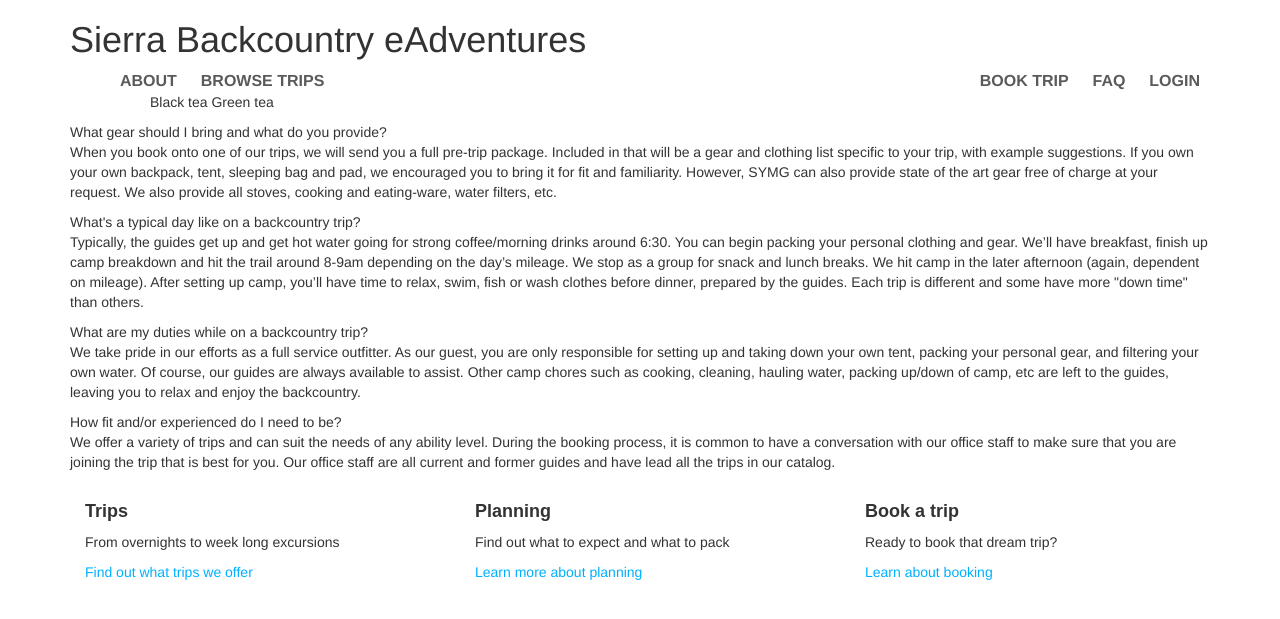
Repository: nageek17/eadventures
Page: http://localhost/support.php
The author's editor kept a record of every edit. The page is drawn from the files as they stood at one moment, then again after the next edit.
The browser window is 1280 px wide. The pictures show the whole page.
Some web libraries are served in a nearby version. The page is run by PHP 8.4 with error messages shown; the project is at /var/www/html/.

Above is the page before.
Console error (its wording comes from the project's code and is left out).

After the next edit:
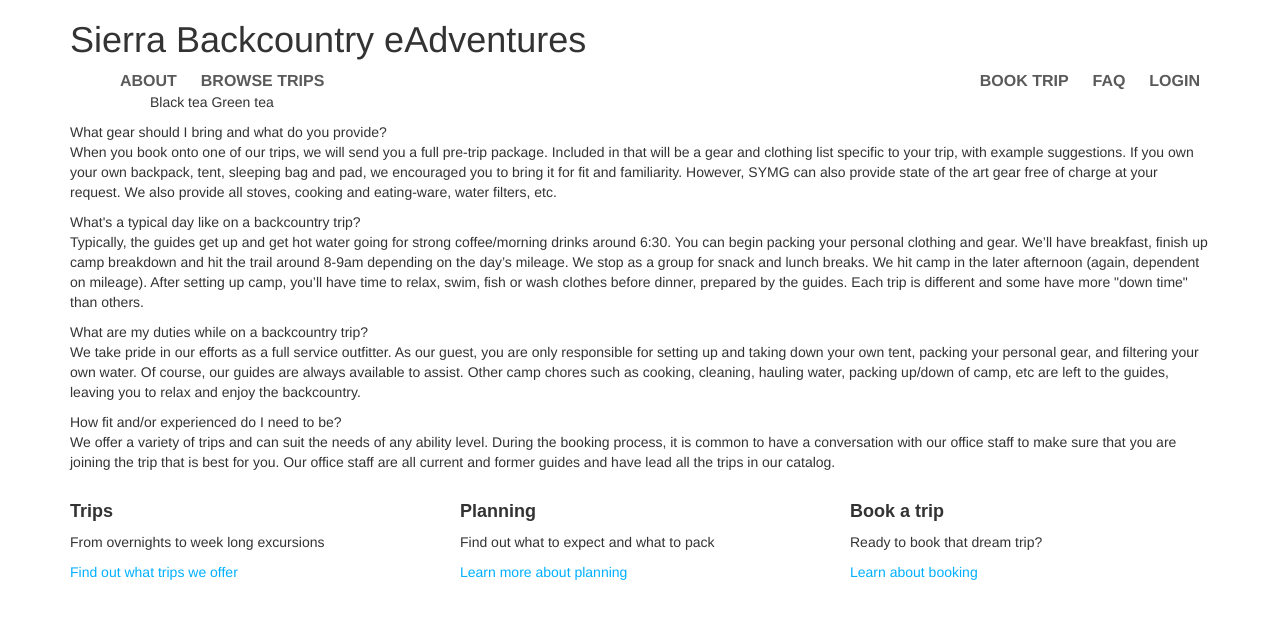
The edit:
--- a/support.php
+++ b/support.php
@@ -22,6 +22,9 @@
 We offer a variety of trips and can suit the needs of any ability level. During the booking process, it is common to have a conversation with our office staff to make sure that you are joining the trip that is best for you. Our office staff are all current and former guides and have lead all the trips in our catalog.
 </p>
 
+    </div>
+</div>
+
 <?php
     include ('footer.php');
 ?>
